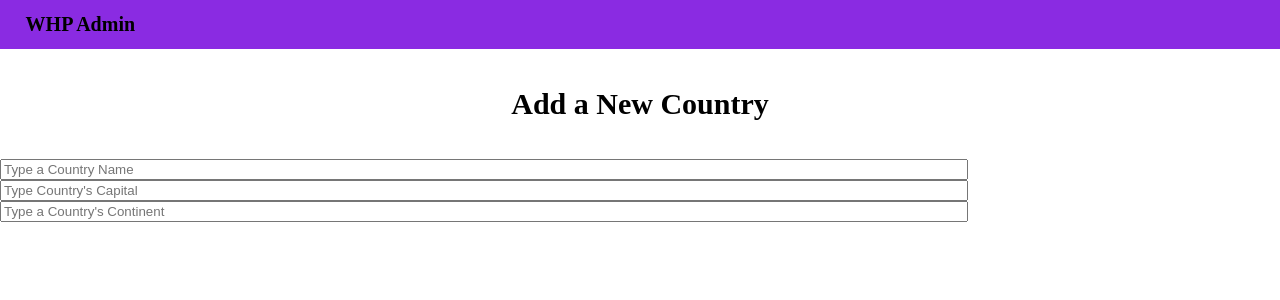
Repository: sabinaPetrisor/World_Hour_Project
Page: http://localhost/WorldHourProject/jsp/add-country.jsp
These files come from the project's save history. The page is drawn as it stood at one moment and after the next save; the edit follows.
The browser window is 1280 px wide. The pictures show the whole page.
The page is served by Tomcat 9.

Above is the page before, as saved 2023-08-04 12:25:04.

After the next save:
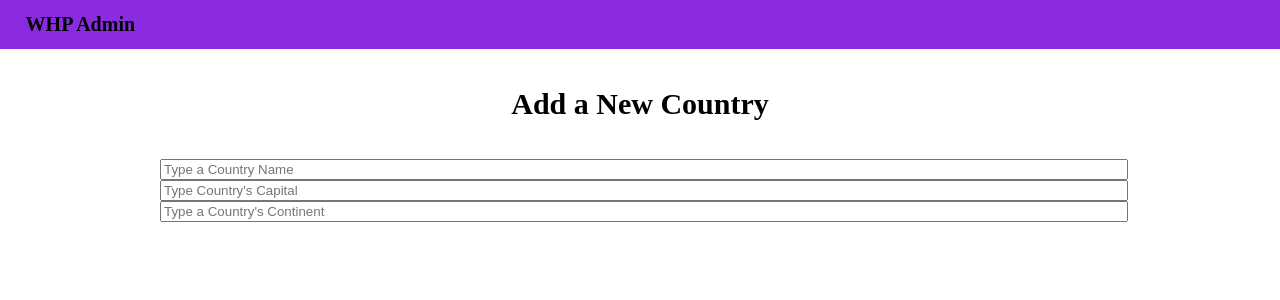
Saved 54 s later.
--- a/WorldHourProject/src/main/webapp/css/add-page-admin.css
+++ b/WorldHourProject/src/main/webapp/css/add-page-admin.css
@@ -5,7 +5,8 @@
 }
 
 .add-form-container {
-	margin: 0 auto;
+	display: flex;
+	justify-content: center;
 }
 
 .add-form {
